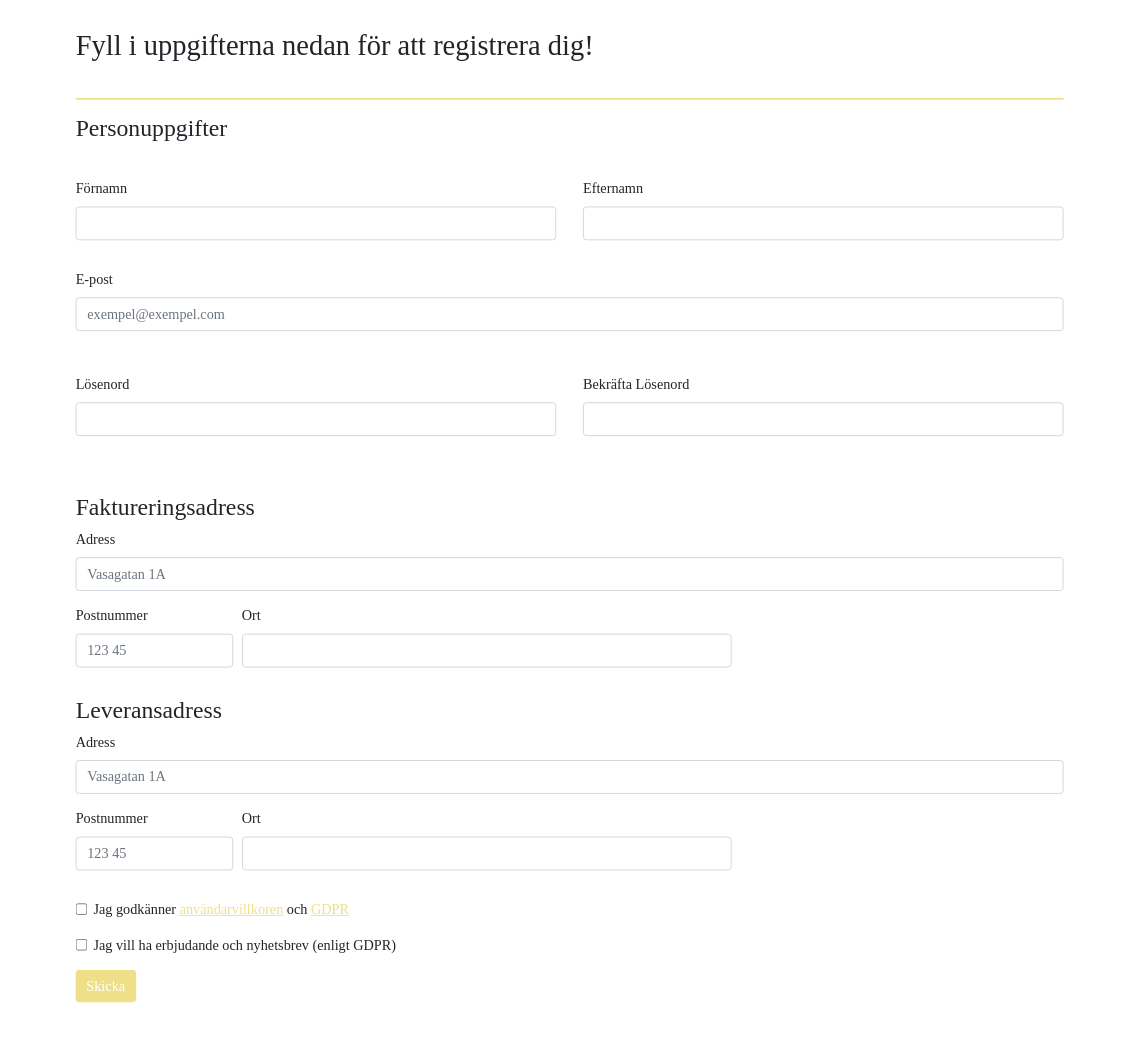
Repository: skepp4rn/Liamsuppgift3
Page: index.html
The author's editor kept a copy of each file at every save. The page is drawn from the files as they stood at one save, then again after the next save.
The browser window is 1280 px wide. The pictures show the whole page, at 89% of full size.
Some web libraries are served in a nearby version.

Above is the page before, as saved 2020-12-06 13:24:35.
Console error (its wording comes from the project's code and is left out).

### index.html
<!DOCTYPE html>
<html lang="sv">
<head>
    <meta charset="UTF-8">
    <meta name="viewport" content="width=device-width, initial-scale=1.0">
    <script src="https://kit.fontawesome.com/ef4c0722a8.js" crossorigin="anonymous"></script>
    <link rel="stylesheet" href="https://cdn.jsdelivr.net/npm/bootstrap@4.5.3/dist/css/bootstrap.min.css" integrity="sha384-TX8t27EcRE3e/ihU7zmQxVncDAy5uIKz4rEkgIXeMed4M0jlfIDPvg6uqKI2xXr2" crossorigin="anonymous">
    <link rel="stylesheet" href="css/style.css">
     <title>Registreringsfromulär</title>
</head>
<body>


    <section class="container">
        <div class="formReg1">
            <h2>Fyll i uppgifterna nedan för att registrera dig!</h2>
        </div>
    </section>


    <form class="container" oninput='up2.setCustomValidity(up2.value != up.value ? "Passwords do not match." : "")'>
        <div class="linje"></div>
        <div>
            <h3>Personuppgifter</h3>
        </div>


        <div class="row">
            <div class="col">
                <label for="firstname">Förnamn</label>
                <input id="firstname" type="text" class="form-control" required>
            </div>

            <div class="col">
                <label for="lastname">Efternamn</label>
                <input id="lastname" type="text" class="form-control" required>
            </div>
        </div>


        <div class="form-group">
            <label for="exampleInputEmail1">E-post</label>
            <input type="email" class="form-control" id="exampleInputEmail1" aria-describedby="emailHelp" placeholder="exempel@exempel.com" required>
        </div>


        <div class="row">
            <div class="col">
                <div class="form-group">
                    <label for="exampleInputPassword1">Lösenord</label>
                    <input type="password" class="form-control" name="up" id="exampleInputPassword1" required>
                </div>
            </div>
            <div class="col">
                <div class="form-group space">
                    <label for="exampleInputPassword2">Bekräfta Lösenord</label>
                    <input type="password" class="form-control" name="up2" id="exampleInputPassword2" required>
                </div>
            </div>
        </div>


        <div class="adress1"></div>
        <div>
            <h3>Faktureringsadress</h3>
        </div>


        <div class="form-group">
            <label for="inputAddress">Adress</label>
            <input type="text" class="form-control" id="inputAddress" placeholder="Vasagatan 1A" required>
        </div>


        <div class="form-row">
            <div class="form-group col-md-2">
                <label for="inputZip">Postnummer</label>
                <input type="text" class="form-control" id="inputZip" placeholder="123 45" required>
            </div>
            <div class="form-group col-md-6 bottenspace">
                <label for="inputCity">Ort</label>
                <input type="text" class="form-control" id="inputCity" required>
            </div>
        </div>


        <div class="adress1"></div>
        <div>
            <h3>Leveransadress</h3>
        </div>


        <div class="form-group">
            <label for="inputAddress">Adress</label>
            <input type="text" class="form-control" id="inputAddress" placeholder="Vasagatan 1A" required>
        </div>


        <div class="form-row">
            <div class="form-group col-md-2">
                <label for="inputZip">Postnummer</label>
                <input type="text" class="form-control" id="inputZip" placeholder="123 45" required>
            </div>
            <div class="form-group col-md-6 bottenspace">
                <label for="inputCity">Ort</label>
                <input type="text" class="form-control" id="inputCity" required>
            </div>
        </div>


        <div class="form-group form-check">
            <input type="checkbox" class="form-check-input" id="exampleCheck1" required>
            <label class="form-check-label" for="exampleCheck1">Jag godkänner <a class="linktext" href="anvandrarvillkor.html">användarvillkoren</a> och <a class="linktext" href="GDPR.html">GDPR</a></label>
        </div>


        <div class="form-group form-check">
            <input type="checkbox" class="form-check-input" id="exampleCheck2">
            <label class="form-check-label" for="exampleCheck1">Jag vill ha erbjudande och nyhetsbrev (enligt GDPR)</label>
        </div>


        <div class="button-center">
            <button formaction="thankyou.html" type="submit" class="colorbutton btn btn-primary">Skicka</button>
        </div>


        <div class="whitespace"></div>
    </form>

    <script src="https://cdn.jsdelivr.net/npm/bootstrap@4.5.3/dist/js/bootstrap.bundle.min.js" integrity="sha384-ho+j7jyWK8fNQe+A12Hb8AhRq26LrZ/JpcUGGOn+Y7RsweNrtN/tE3MoK7ZeZDyx" crossorigin="anonymous"></script>
</body>
</html>

### css/style.css
*{box-sizing:border-box}

html,body{margin:0;padding:0;font-family:'Times New Roman', Times, serif}
h3{font-size:20pt}.container{width:95vw;margin:auto}
.row{padding-top:2rem;display:grid;grid-template-columns:2fr;grid-template-rows:2fr 2fr}
.col{padding-bottom:2rem}
.whitespace{height:3rem}
@media (min-width: 768px){.row{display:grid;grid-template-rows:2fr;grid-template-columns:2fr 2fr}
.closepage{width:12vw;height:7vw !important;font-size:25pt}
.formReg1{grid-template-rows:15fr 1fr !important;padding-top:2rem;padding-bottom:2rem}
.thanks{width:70vw;margin:auto;height:40vw}
.thankyou{text-align:center;padding:2rem}}
@media (min-width: 1900px){.container{width:100vw !important}
.thanks{width:50vw;margin:auto;height:20vw}.tillbaka{width:12vw !important;height:2.5vw !important;font-size:20pt}
.formReg1{grid-template-rows:15fr 1fr !important;padding-top:2rem;padding-bottom:2rem}}
#firstname{color:grey}
#lastname{color:grey}
#exampleInputEmail1{color:grey}
#exampleInputPassword1{color:grey}
#exampleInputPassword2{color:grey}
.centreradknapp{padding-top:1rem;display:flex;justify-content:center}
.colorbutton{background-color:#eedf88;border:none}
.linje{height:2px;background-color:#eedf88;margin-bottom:1rem}
.bottenspace{margin-bottom:2rem}
.linktext{color:#eedf88;text-decoration:underline}
.tacktack{border:2px solid #eedf88;border-radius:10px;display:grid;grid-template-columns:1fr;grid-template-rows:3fr 1fr;justify-items:center;margin-top:8rem}
.tackruta{text-align:center;padding:2rem}
.tillbaka{background-color:#eedf88;border-radius:8px;text-align:center;width:40vw;height:7vw}
.tillbaka a{color:#ffffff;text-decoration:none}
.home{text-align:center}
.centrerade{display:grid;grid-template-columns:1fr;grid-template-rows:27fr 1fr;justify-items:center;margin:auto}
.gdpr{text-align:center}.welcome{padding-top:2rem;text-align:center}
.welcome h2{color:#eedf88}
.space{padding-bottom:1rem}

After the next save:
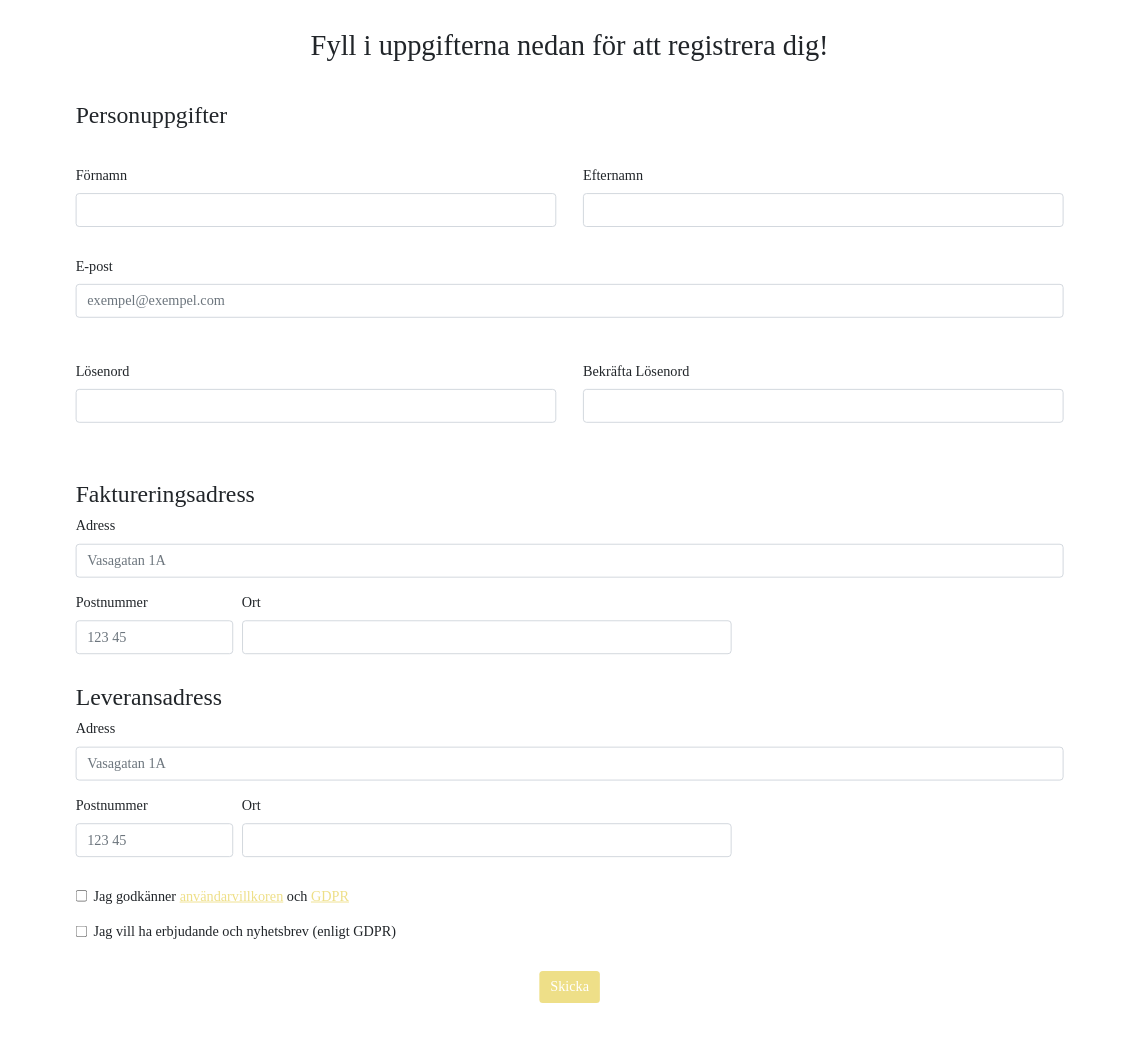
Saved 40 s later.
--- a/css/style.css
+++ b/css/style.css
@@ -18,17 +18,17 @@ h3{font-size:20pt}.container{width:95vw;margin:auto}
 #exampleInputEmail1{color:grey}
 #exampleInputPassword1{color:grey}
 #exampleInputPassword2{color:grey}
-.centreradknapp{padding-top:1rem;display:flex;justify-content:center}
+.button-center{padding-top:1rem;display:flex;justify-content:center}
 .colorbutton{background-color:#eedf88;border:none}
-.linje{height:2px;background-color:#eedf88;margin-bottom:1rem}
+.line1{height:2px;background-color:#eedf88;margin-bottom:1rem}
 .bottenspace{margin-bottom:2rem}
 .linktext{color:#eedf88;text-decoration:underline}
-.tacktack{border:2px solid #eedf88;border-radius:10px;display:grid;grid-template-columns:1fr;grid-template-rows:3fr 1fr;justify-items:center;margin-top:8rem}
+.thanks{border:2px solid #eedf88;border-radius:10px;display:grid;grid-template-columns:1fr;grid-template-rows:3fr 1fr;justify-items:center;margin-top:8rem}
 .tackruta{text-align:center;padding:2rem}
-.tillbaka{background-color:#eedf88;border-radius:8px;text-align:center;width:40vw;height:7vw}
-.tillbaka a{color:#ffffff;text-decoration:none}
+.closepage{background-color:#eedf88;border-radius:8px;text-align:center;width:40vw;height:7vw}
+.closepage p{color:#ffffff;text-decoration:none}
 .home{text-align:center}
-.centrerade{display:grid;grid-template-columns:1fr;grid-template-rows:27fr 1fr;justify-items:center;margin:auto}
+.formReg1{display:grid;grid-template-columns:1fr;grid-template-rows:27fr 1fr;justify-items:center;margin:auto}
 .gdpr{text-align:center}.welcome{padding-top:2rem;text-align:center}
 .welcome h2{color:#eedf88}
 .space{padding-bottom:1rem}
